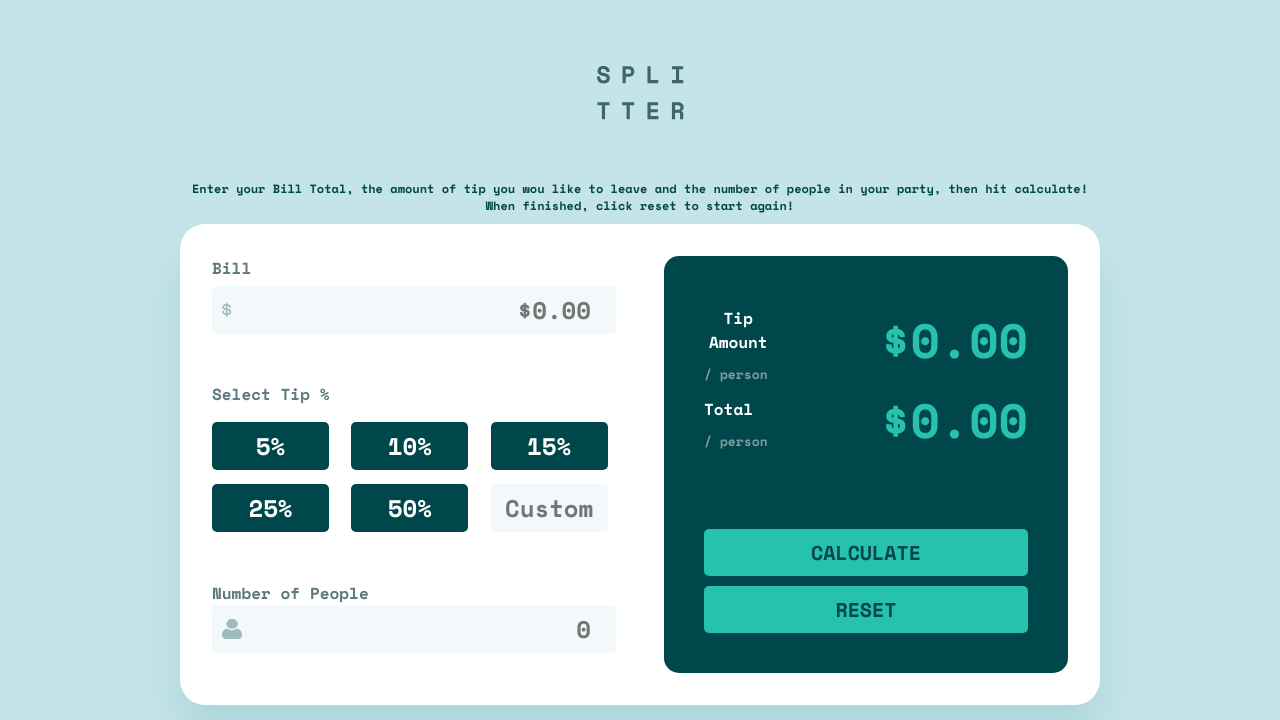
Repository: brandontaylor1/splitter
Page: index.html
These files come from the project's save history. The page is drawn as it stood at one moment and after the next save; the edit follows.
The browser window is 1280 px wide. The pictures show the whole page.

Above is the page before, as saved 2025-02-07 14:08:18.

After the next save:
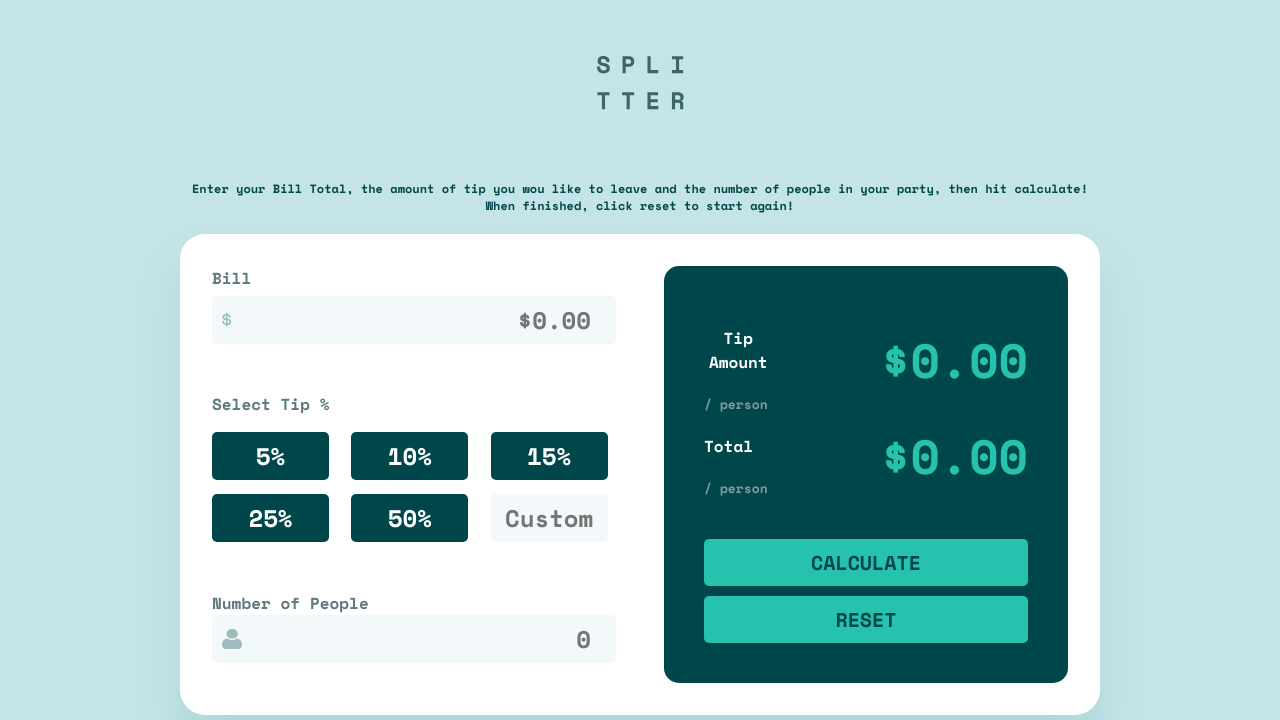
Saved 6 s later.
--- a/styles.css
+++ b/styles.css
@@ -63,7 +63,8 @@ h3 {
     color: #00474B;
     font-size: 12px;
     font-weight: 700;
-    margin: 10px 0;
+    margin: 20px 0;
+
 }
 
 .container {
